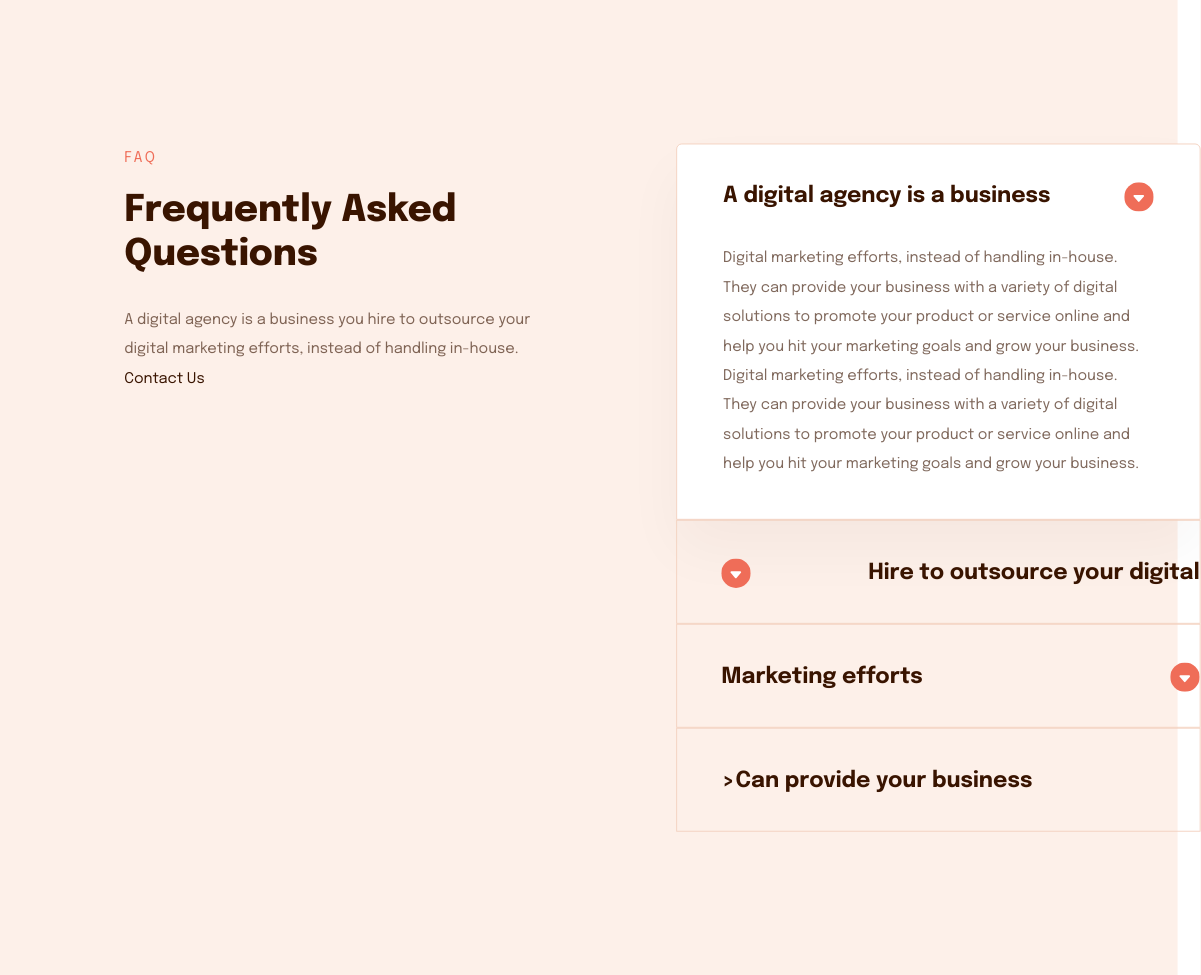
Repository: MehdiKerimov/Figma-task-10
Page: pages/faq/index.html
These files come from the project's save history. The page is drawn as it stood at one moment and after the next save; the edit follows.
The browser window is 1280 px wide. The page is 1305 px wide, so the pictures cover 1305 px, including what lies to the right of the window. The pictures show the whole page, at 92% of full size.

Above is the page before, as saved 2023-09-09 15:36:40.

### pages/faq/index.html
<!DOCTYPE html>
<html lang="en">

<head>
  <meta charset="UTF-8" />
  <meta name="viewport" content="width=device-width, initial-scale=1.0" />
  <title>Document</title>
  <link rel="stylesheet" href="index.css" />
</head>

<body>
  <div class="container">
    <div class="text-box">
      <h1>Faq</h1>
      <h2>Frequently Asked Questions</h2>
      <p> A digital agency is a business you hire to outsource your digital marketing efforts, instead of handling
        in-house. </p>
      <a href="#">Contact Us</a>
    </div>
    <ul>
      <li class="li-1">
        <div class="collaj">
          <h3>A digital agency is a business</h3>
          <svg xmlns="http://www.w3.org/2000/svg" width="32" height="32" viewBox="0 0 32 32" fill="none">
            <circle cx="16" cy="16" r="16" fill="#EF6D58" />
            <path fill-rule="evenodd" clip-rule="evenodd"
              d="M15.0454 21.14L10.2494 15.658C9.68335 15.013 10.1434 14 11.0024 14H20.5944C20.987 13.9997 21.3435 14.2291 21.5058 14.5867C21.6681 14.9442 21.6061 15.3637 21.3474 15.659L16.5514 21.139C16.3615 21.3563 16.0869 21.481 15.7984 21.481C15.5098 21.481 15.2352 21.3563 15.0454 21.139V21.14Z"
              fill="white" />
          </svg>
        </div>
        <p> Digital marketing efforts, instead of handling in-house. They can provide your business with a variety of
          digital solutions to promote your product or service online and help you hit your marketing goals and grow
          your business. Digital marketing efforts, instead of handling in-house. They can provide your business with a
          variety of digital solutions to promote your product or service online and help you hit your marketing goals
          and grow your business. </p>
      </li>
      <li>
        <div class="collaj">
          <svg
          xmlns="http://www.w3.org/2000/svg"
          width="32"
          height="32"
          viewBox="0 0 32 32"
          fill="none"
        >
          <circle cx="16" cy="16" r="16" fill="#EF6D58" />
          <path
            fill-rule="evenodd"
            clip-rule="evenodd"
            d="M15.0454 21.14L10.2494 15.658C9.68335 15.013 10.1434 14 11.0024 14H20.5944C20.987 13.9997 21.3435 14.2291 21.5058 14.5867C21.6681 14.9442 21.6061 15.3637 21.3474 15.659L16.5514 21.139C16.3615 21.3563 16.0869 21.481 15.7984 21.481C15.5098 21.481 15.2352 21.3563 15.0454 21.139V21.14Z"
            fill="white"
          />
        </svg>
        <h3>Hire to outsource your digital</h3>
        </div>

      </li>
      <li>
        <div class="collaj">
          <h3>Marketing efforts</h3>

          <svg
          xmlns="http://www.w3.org/2000/svg"
          width="32"
          height="32"
          viewBox="0 0 32 32"
          fill="none"
        >
          <circle cx="16" cy="16" r="16" fill="#EF6D58" />
          <path
            fill-rule="evenodd"
            clip-rule="evenodd"
            d="M15.0454 21.14L10.2494 15.658C9.68335 15.013 10.1434 14 11.0024 14H20.5944C20.987 13.9997 21.3435 14.2291 21.5058 14.5867C21.6681 14.9442 21.6061 15.3637 21.3474 15.659L16.5514 21.139C16.3615 21.3563 16.0869 21.481 15.7984 21.481C15.5098 21.481 15.2352 21.3563 15.0454 21.139V21.14Z"
            fill="white"
          />
        </svg>

        </div>
      </li>
      <li>
        <div class="collaj">
          <h3>>Can provide your business</h3>

        </div>
      </li>
    </ul>
  </div>
</body>

</html>

### pages/faq/index.css
@import url("https://fonts.googleapis.com/css2?family=Epilogue:wght@400;700;800&display=swap");
* {
  padding: 0;
  margin: 0;
  box-sizing: border-box;
}
.container {
  display: flex;
  padding: 156px 135px;
  min-height: 100vh;
  background-color: #fdf0e9;
}
.text-box {
  margin-right: 130px;
}
.container .text-box h1 {
  color: var(--Text_Dark_Accent, #ef6d58);
  font-feature-settings: "clig" off, "liga" off;
  font-family: Epilogue;
  font-size: 16px;
  font-style: normal;
  font-weight: 400;
  line-height: 32px;
  letter-spacing: 3px;
  text-transform: uppercase;
}
.container .text-box h2 {
  margin-top: 17px;
  width: 371px;
  color: var(--Text_Dark, #391400);
  font-feature-settings: "clig" off, "liga" off;
  font-family: Epilogue;
  font-size: 40px;
  font-style: normal;
  font-weight: 800;
  line-height: 48px;
}
.container .text-box p {
  width: 470px;
  margin-top: 31px;
  color: var(--Text_Dark_Gray, rgba(57, 20, 0, 0.64));
  font-feature-settings: "clig" off, "liga" off;
  font-family: Epilogue;
  font-size: 16px;
  font-style: normal;
  font-weight: 400;
  line-height: 32px;
}
.container .text-box a {
  text-decoration: none;
  margin-top: 29px;
  color: var(--Text_Dark, #391400);
  font-feature-settings: "clig" off, "liga" off;
  font-family: Epilogue;
  font-size: 16px;
  font-style: normal;
  font-weight: 400;
  line-height: 32px;
}
.container ul li {
  padding: 41px 0 38px 48px;
  width: 570px;
  border: 1px solid #f3d1bf;
  list-style-type: none;
}
.container ul .li-1 {
  padding: 41px 50px 43px 50px;
  width: 570px;
  border-radius: 6px 6px 0px 0px;
  background: #fff;
  box-shadow: 0px 32px 64px 0px rgba(57, 20, 0, 0.04);
}
.container ul .li-1 h3 {
  color: var(--Text_Dark, #391400);
  font-feature-settings: "clig" off, "liga" off;
  font-family: Epilogue;
  font-size: 24px;
  font-style: normal;
  font-weight: 700;
  line-height: 32px;
}
.container ul .li-1 p {
  margin-top: 35px;
  color: var(--Text_Dark_Gray, rgba(57, 20, 0, 0.64));
  font-feature-settings: "clig" off, "liga" off;
  font-family: Epilogue;
  font-size: 16px;
  font-style: normal;
  font-weight: 400;
  line-height: 32px;
}
.container ul li h3 {
  color: var(--Text_Dark, #391400);
  font-feature-settings: "clig" off, "liga" off;
  font-family: Epilogue;
  font-size: 24px;
  font-style: normal;
  font-weight: 700;
  line-height: 32px;
}
.container ul li .collaj{
  display: flex;
  justify-content: space-between;
}

After the next save:
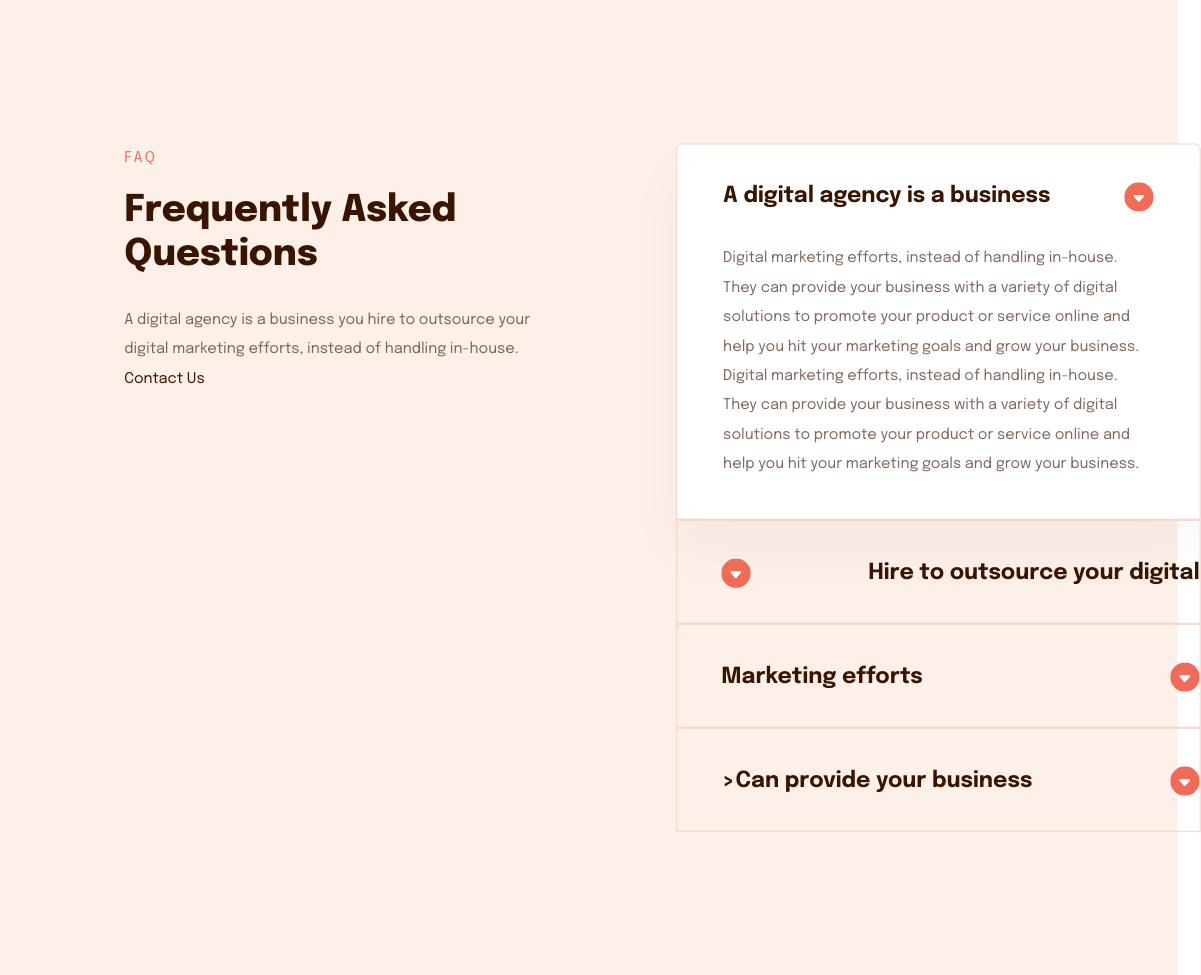
Saved 6 s later.
--- a/pages/faq/index.html
+++ b/pages/faq/index.html
@@ -80,7 +80,21 @@
       <li>
         <div class="collaj">
           <h3>>Can provide your business</h3>
-
+          <svg
+          xmlns="http://www.w3.org/2000/svg"
+          width="32"
+          height="32"
+          viewBox="0 0 32 32"
+          fill="none"
+        >
+          <circle cx="16" cy="16" r="16" fill="#EF6D58" />
+          <path
+            fill-rule="evenodd"
+            clip-rule="evenodd"
+            d="M15.0454 21.14L10.2494 15.658C9.68335 15.013 10.1434 14 11.0024 14H20.5944C20.987 13.9997 21.3435 14.2291 21.5058 14.5867C21.6681 14.9442 21.6061 15.3637 21.3474 15.659L16.5514 21.139C16.3615 21.3563 16.0869 21.481 15.7984 21.481C15.5098 21.481 15.2352 21.3563 15.0454 21.139V21.14Z"
+            fill="white"
+          />
+        </svg>
         </div>
       </li>
     </ul>
